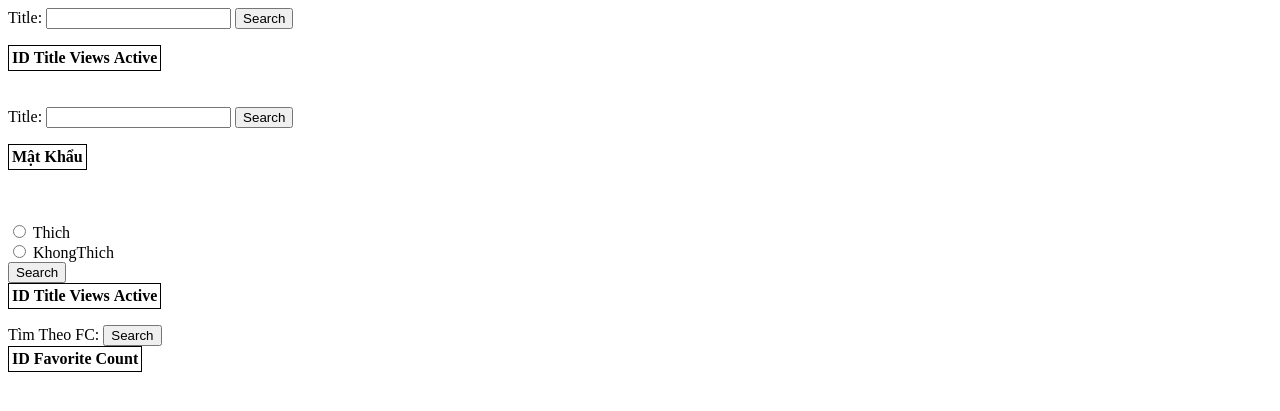
Repository: Hacorbie/Java-Servlet
Page: http://localhost/Lab6_Java4/views/NewFile.jsp
An editor plug-in stored every save of this project. The page is shown before and after a run of saves, followed by the edit.
The browser window is 1280 px wide. The pictures show the whole page.
The page is served by Tomcat 9. Other server files are loaded and not shown. The template is opened directly, without the code that normally fills it, so the values that code supplies are empty.

Above is the page before, as saved 2023-04-03 09:30:26.

### Lab6_Java4/src/main/webapp/views/NewFile.jsp
<%@ taglib uri="http://java.sun.com/jsp/jstl/core" prefix="c"%>
<%@ page language="java" contentType="text/html; charset=UTF-8"
	pageEncoding="UTF-8"%>
<html>
<meta charset="UTF-8">
<head>
<title>Search Videos</title>
</head>
<body>

	<form action="/Lab6_Java4/Lab6" method="POST">
		<label>Title:</label> <input type="text" name="searchvid">
		<button type="submit" formaction="SearchVid">Search</button>
	</form>
	<table style="border: 1px solid black">
		<thead>
			<tr>
				<th>ID</th>
				<th>Title</th>
				<th>Views</th>
				<th>Active</th>
			</tr>
		</thead>
		<tbody>
			<c:forEach items="${videos}" var="video">
				<tr>
					<td>${video.id}</td>
					<td>${video.title}</td>
					<td>${video.views}</td>
					<td>${video.active}</td>
				</tr>
			</c:forEach>
		</tbody>
	</table>
	<br>
	<br>
	<form action="/Lab6_Java4/Lab6" method="POST">
		<label>Title:</label> <input type="text" name="searchUserByVid">
		<button type="submit" formaction="SearchUser">Search</button>

	</form>
	<table style="border: 1px solid black">
			<thead>
				<tr>
					<th>Mật Khẩu</th>

				</tr>
			</thead>
			<tbody>
				<c:forEach items="${users}" var="user">
					<tr>
						<td>${user.password}</td>
						<%--                     <td>${video.title}</td> --%>
						<%--                     <td>${video.views}</td> --%>
						<%--                     <td>${video.active}</td> --%>
					</tr>
				</c:forEach>
			</tbody>
		</table>
		<br> <br>
	<form action="/Lab6_Java4/Lab6" method="POST">
	</form>
			<input type="radio" name ="thichh" value = "yes" >
		<label> Thich</label><br>
		<input type="radio" name ="thichh" value = "no">
		<label> KhongThich</label><br>
			<button type="submit">Search</button>
			<table style="border: 1px solid black">
			<thead>
				<tr>
					<th>ID</th>
					<th>Title</th>
					<th>Views</th>
					<th>Active</th>

				</tr>
			</thead>
			<tbody>
				<c:forEach items="${videobyfs}" var="videobyf">
					<tr>
						<td>${videobyf.id}</td>
					<td>${videobyf.title}</td>
					<td>${videobyf.views}</td>
					<td>${videobyf.active}</td>
					</tr>
				</c:forEach>
			</tbody>
		</table>
	<form action="/Lab6_Java4/Lab6" method="POST">
	</form>
	<label>Tìm Theo FC:</label>
		<button type="submit" formaction="SearchVidByCount">Search</button>
			<table style="border: 1px solid black">
			<thead>
				<tr>
					<th>ID</th>
					<th>Favorite Count</th>

				</tr>
			</thead>
			<tbody>
				<c:forEach items="${rps}" var="rp">
					<tr>
						<td>${rp.gropp}</td>
					<td>${rp.like}</td>
					</tr>
				</c:forEach>
			</tbody>
		</table>
</body>
</html>

After the next 2 saves:
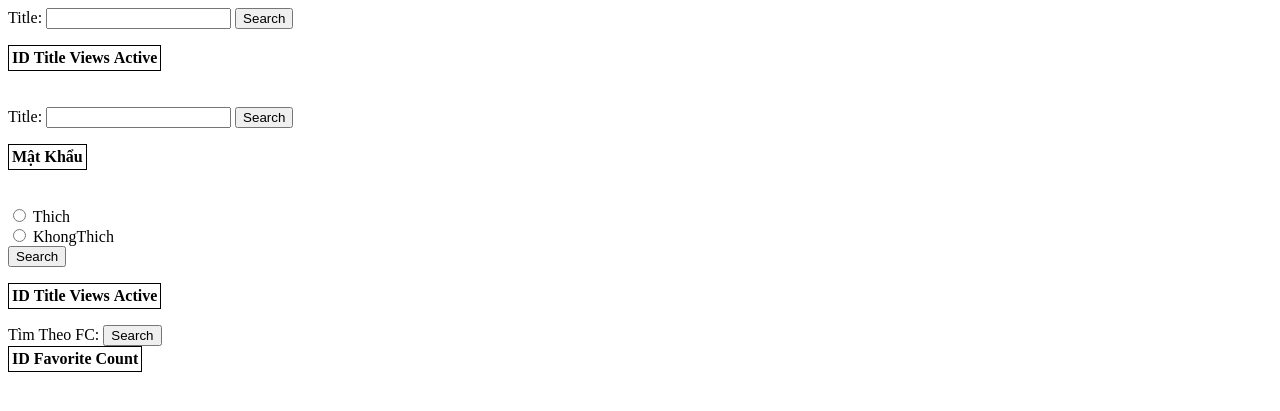
The 2 saves are shown as one change because they came seconds apart.
The last was saved 19 s later.
--- a/Lab6_Java4/src/main/webapp/views/NewFile.jsp
+++ b/Lab6_Java4/src/main/webapp/views/NewFile.jsp
@@ -59,12 +59,12 @@
 		</table>
 		<br> <br>
 	<form action="/Lab6_Java4/Lab6" method="POST">
+		<input type="radio" name ="thichh" value = "yes" >
+			<label> Thich</label><br>
+			<input type="radio" name ="thichh" value = "no">
+			<label> KhongThich</label><br>
+				<button type="submit">Search</button>
 	</form>
-			<input type="radio" name ="thichh" value = "yes" >
-		<label> Thich</label><br>
-		<input type="radio" name ="thichh" value = "no">
-		<label> KhongThich</label><br>
-			<button type="submit">Search</button>
 			<table style="border: 1px solid black">
 			<thead>
 				<tr>
